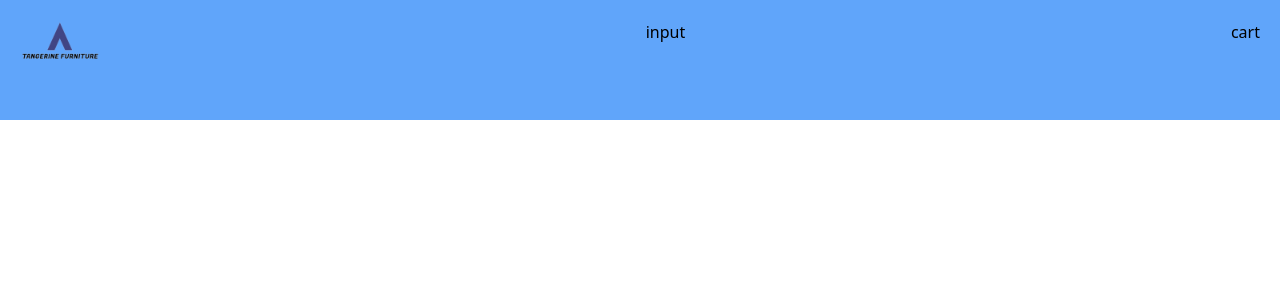
Repository: DevLaukey/Jitu-final
Page: / (app in frontend/)
These files come from the project's save history. The page is drawn as it stood at one moment and after the next save; the edit follows.
The browser window is 1280 px wide. The pictures show the whole page.
The project was rebuilt for these pictures with package versions that can differ from the ones it lists, and the page was loaded fresh each time.

Above is the page before, as saved 2022-07-13 12:52:57.

After the next save:
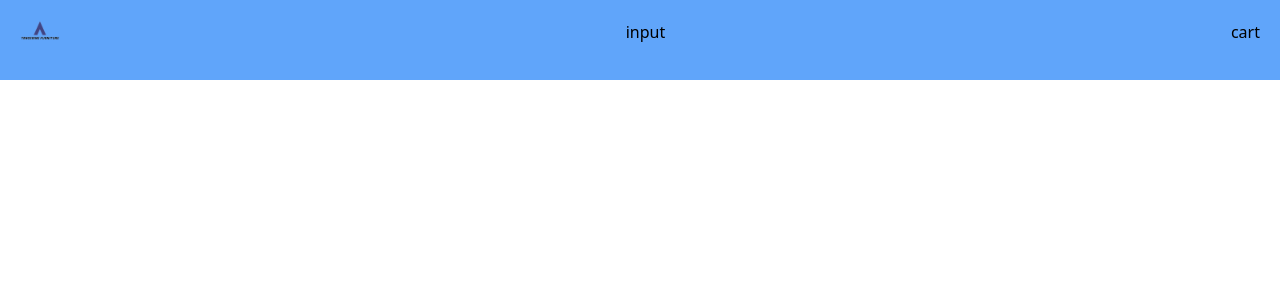
Saved 19 s later.
--- a/frontend/src/components/Navbar.js
+++ b/frontend/src/components/Navbar.js
@@ -3,7 +3,7 @@ import logo from "./free-logo-24a54uqo7g-d1y96agntq-removebg-preview.png";
 function Navbar() {
   return (
       <header className='flex justify-between align-middle  p-5 bg-blue-400'>
-          <div className="h-20 aspect-square">
+          <div className="h-10 aspect-square">
               <img src={logo} alt="" srcset="" />
           </div>
           <div className="search">
